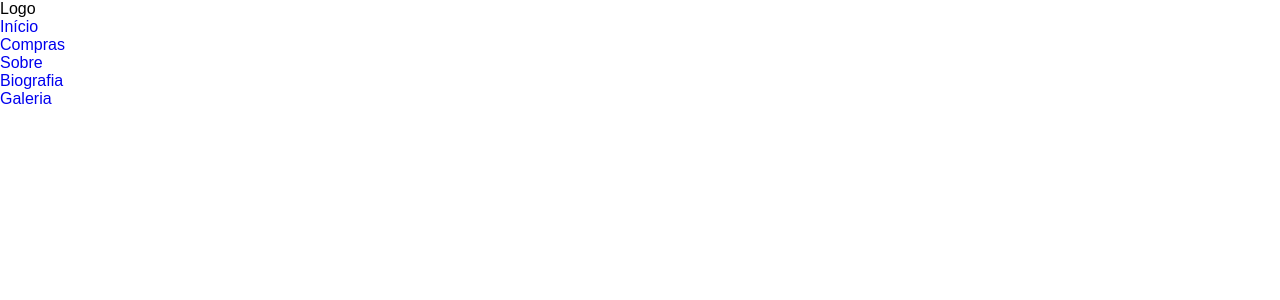
Repository: Matheus904-12/Teste
Page: teste.html
The author's editor kept a copy of each file at every save. The page is drawn from the files as they stood at one save, then again after a run of saves.
The browser window is 1280 px wide. The pictures show the whole page.

Above is the page before, as saved 2023-11-01 09:54:04.

After the next 5 saves:
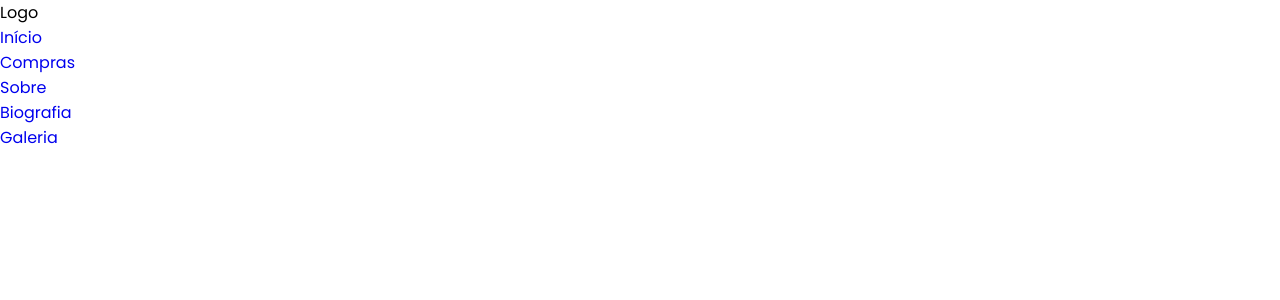
The 5 saves are shown as one change because they came seconds apart.
The last was saved 12 s later.
--- a/css.css
+++ b/css.css
@@ -1,4 +1,4 @@
-@import url('https://fonts.googleapis.com/css?family=');
+@import url('https://fonts.googleapis.com/css?family=Poppins:ital,wght');
 
 *{
     margin: 0;
